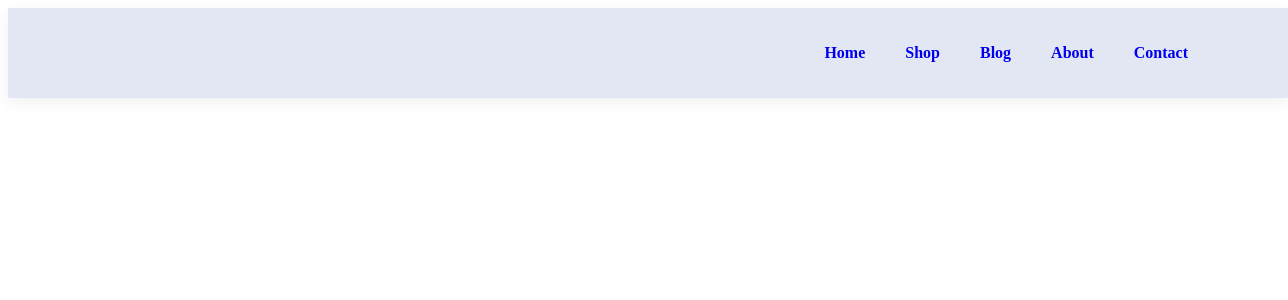
Repository: thecoachanna/lishas-layers
Page: index.html
The author's editor kept a copy of each file at every save. The page is drawn from the files as they stood at one save, then again after the next save.
The browser window is 1280 px wide. The page is 1288 px wide, so the pictures cover 1288 px, including what lies to the right of the window. The pictures show the whole page.

Above is the page before, as saved 2023-01-02 17:10:59.

After the next save:
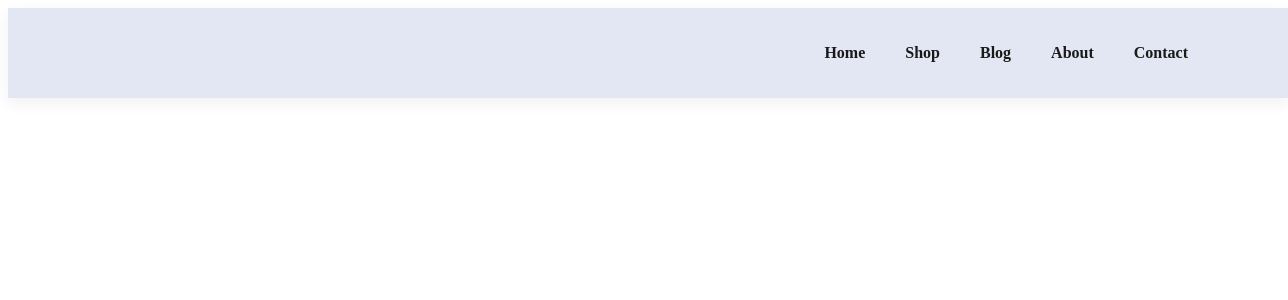
Saved 4 s later.
--- a/style.css
+++ b/style.css
@@ -71,5 +71,5 @@ body {
     text-decoration: none;
     font-size: 16px;
     font-weight: 600;
-    color: 1a1a1a
+    color: #1a1a1a
 }
